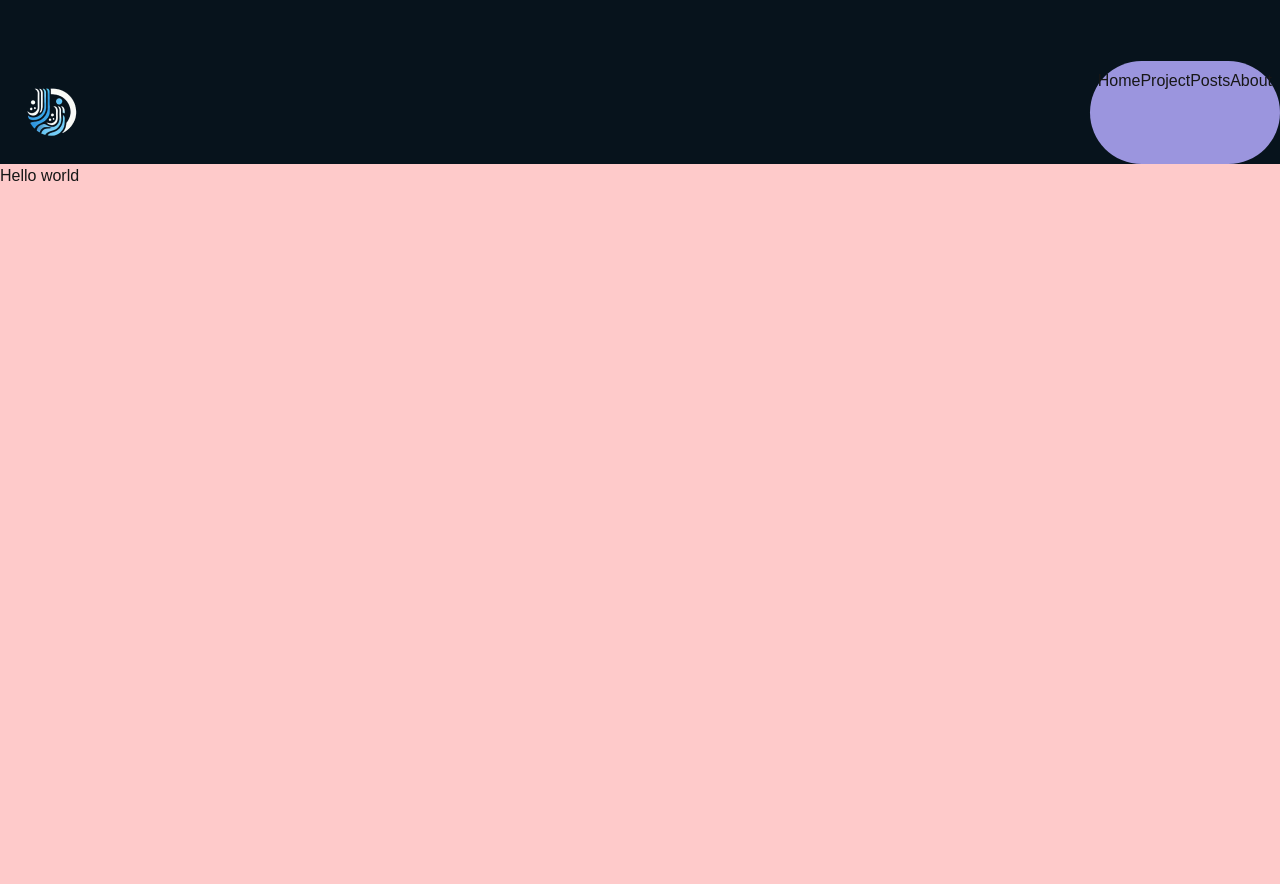
Repository: david-william19/david-william
Page: /
These files come from the project's save history. The page is drawn as it stood at one moment and after a run of saves; the edit follows.
The browser window is 1280 px wide. The pictures show the whole page.
The project was rebuilt for these pictures with package versions that can differ from the ones it lists, and the page was loaded fresh each time. The framework's server and built-in components were replaced by stand-ins that run in the browser. Also part of the build but not shown: next.config.js, next.config.ts, vite.config.ts.

Above is the page before, as saved 2024-10-26 22:29:21.

### src/app/(home)/layout.tsx
import type { Metadata } from "next";
import "./globals.css";
import NavbarComponent from "@/components/navbar";
import { Open_Sans } from "next/font/google";
import localFont from "next/font/local";
import ReactQueryProvider from "@/providers/ReactQueryProvider";
import SmoothScrollProvider from "@/providers/SmoothScrollProvider";
import React from "react";

export const metadata: Metadata = {
  title: "David's Portfolio",
  description: "front end developer who loves to code",
};

const openSans = Open_Sans({
  subsets: ['latin'],
  variable: "--font-sans"
})

const thunderFont = localFont({
  src: [
    {
      path: "./fonts/Thunder-ExtraBoldLC.woff",
      weight: "800",
      style: "normal",
    },
    {
      path: "./fonts/Thunder-LC.woff",
      weight: "400",
      style: "normal",
    },
    {
      path: "./fonts/Thunder-LightLC.woff",
      weight: "300",
      style: "normal",
    },
    {
      path: "./fonts/Thunder-MediumLC.woff",
      weight: "500",
      style: "normal",
    },
    {
      path: "./fonts/Thunder-SemiBoldLC.woff",
      weight: "600",
      style: "normal",
    }
  ],
  variable: "--font-thunder"
})

export default function RootLayout({
  children,
}: Readonly<{
  children: React.ReactNode;
}>) {
  return (
    <html lang="en">
      <head>
        <link rel="icon" href="/favicon.ico" sizes="any" />
      </head>
      <body
        className={`${openSans.variable} ${thunderFont.variable} antialiased`}
      >
        <div className="w-full bg-[#07131c] h-screen">
          <ReactQueryProvider>
            <SmoothScrollProvider>
            <React.Fragment>
            <NavbarComponent />
            {children}
            </React.Fragment>
            </SmoothScrollProvider>
          </ReactQueryProvider>
        </div>
      </body>
    </html>
  );
}

### src/app/(home)/(page)/page.tsx
export default function Page() {
    return (
        <div className="w-full min-h-screen bg-red-200">
            Hello world
        </div>
    );
}

### src/components/navbar/index.tsx
import Image from "next/image";

export default function NavbarComponent() {
    return (
        <nav className="w-full lg:pt-[61px] flex justify-between">
            <Image
                alt="logo-david"
                src={"/images/logo-david.png"}
                width={103}
                height={103}
            />

            <ul className="rounded-full p-[8px] bg-[#9B95DE] flex list-none">
                <li className="px-">
                    Home
                </li>
                <li className="px-">
                    Project
                </li>
                <li className="px-">
                    Posts
                </li>
                <li className="px-">
                    About
                </li>
            </ul>
        </nav>
    )
}

### src/providers/ReactQueryProvider.tsx
"use client";

import { QueryClientProvider, QueryClient } from "react-query";
import { useState } from "react";

const ReactQueryProvider = ({ children }: { children: React.ReactNode }) => {
  const [queryClient] = useState(() => new QueryClient());

  return (
    <QueryClientProvider client={queryClient}>{children}</QueryClientProvider>
  );
};

export default ReactQueryProvider;

### src/providers/SmoothScrollProvider.tsx
import {ReactLenis} from "lenis/react"
import React from "react"

export default function SmoothScrollProvider({children} : {children: React.ReactElement})  {

    return (
        <ReactLenis root>
            {children}
        </ReactLenis>
    )
}

### tailwind.config.ts
import type { Config } from "tailwindcss";

const config: Config = {
  content: [
    "./src/pages/**/*.{js,ts,jsx,tsx,mdx}",
    "./src/components/**/*.{js,ts,jsx,tsx,mdx}",
    "./src/app/**/*.{js,ts,jsx,tsx,mdx}",
  ],
  theme: {
    extend: {
      colors: {
        background: "var(--background)",
        foreground: "var(--foreground)",
      },
      backgroundImage: {
        "space": "url()",

      },
    },
  },
  plugins: [],
};
export default config;

Loaded but not shown: src/app/layout.tsx (common file); src/app/globals.css (common file)

After the next 2 saves:
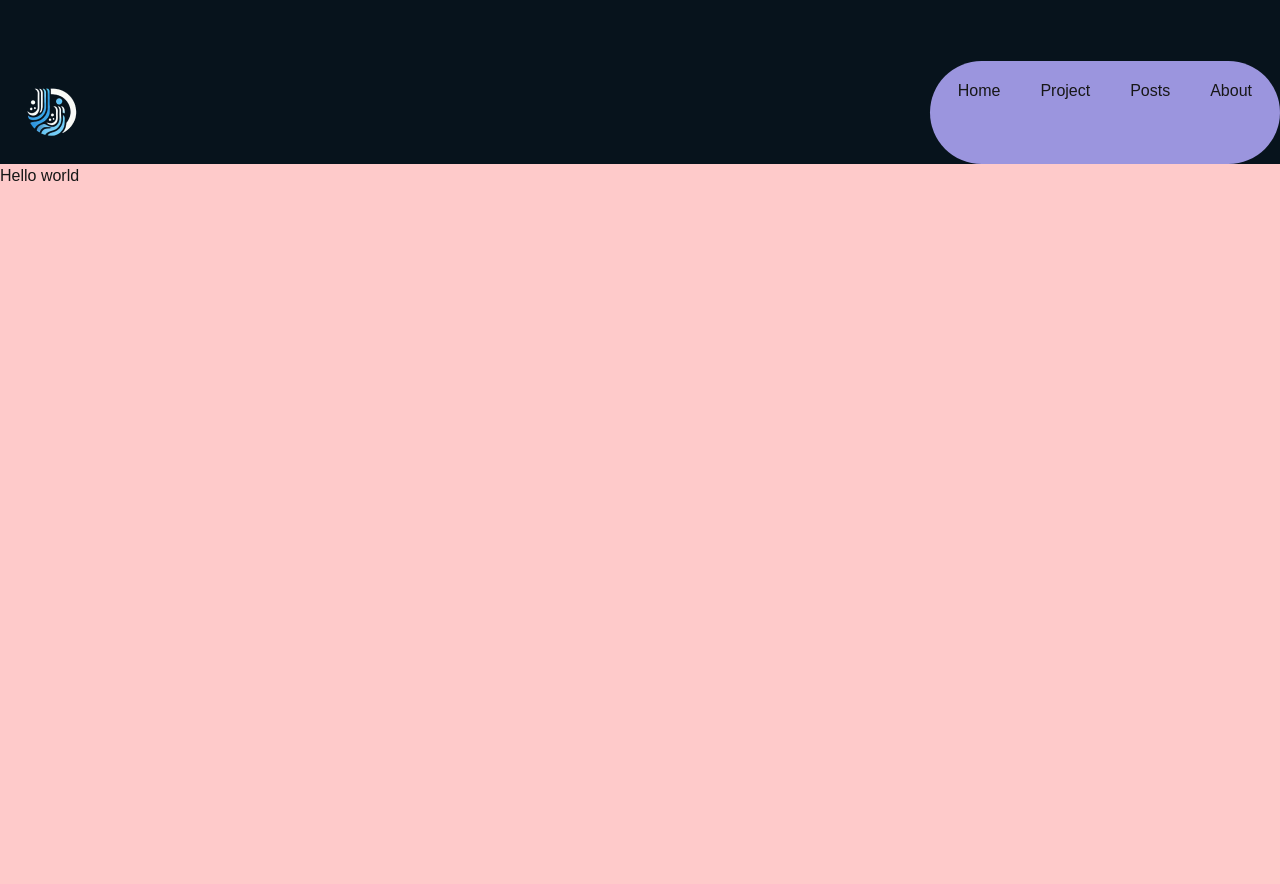
The 2 saves are shown as one change because they came seconds apart.
The last was saved 7 s later.
--- a/src/components/navbar/index.tsx
+++ b/src/components/navbar/index.tsx
@@ -11,16 +11,16 @@ export default function NavbarComponent() {
             />
 
             <ul className="rounded-full p-[8px] bg-[#9B95DE] flex list-none">
-                <li className="px-">
+                <li className="px-5 py-2.5">
                     Home
                 </li>
-                <li className="px-">
+                <li className="px-5 py-2.5">
                     Project
                 </li>
-                <li className="px-">
+                <li className="px-5 py-2.5">
                     Posts
                 </li>
-                <li className="px-">
+                <li className="px-5 py-2.5">
                     About
                 </li>
             </ul>
